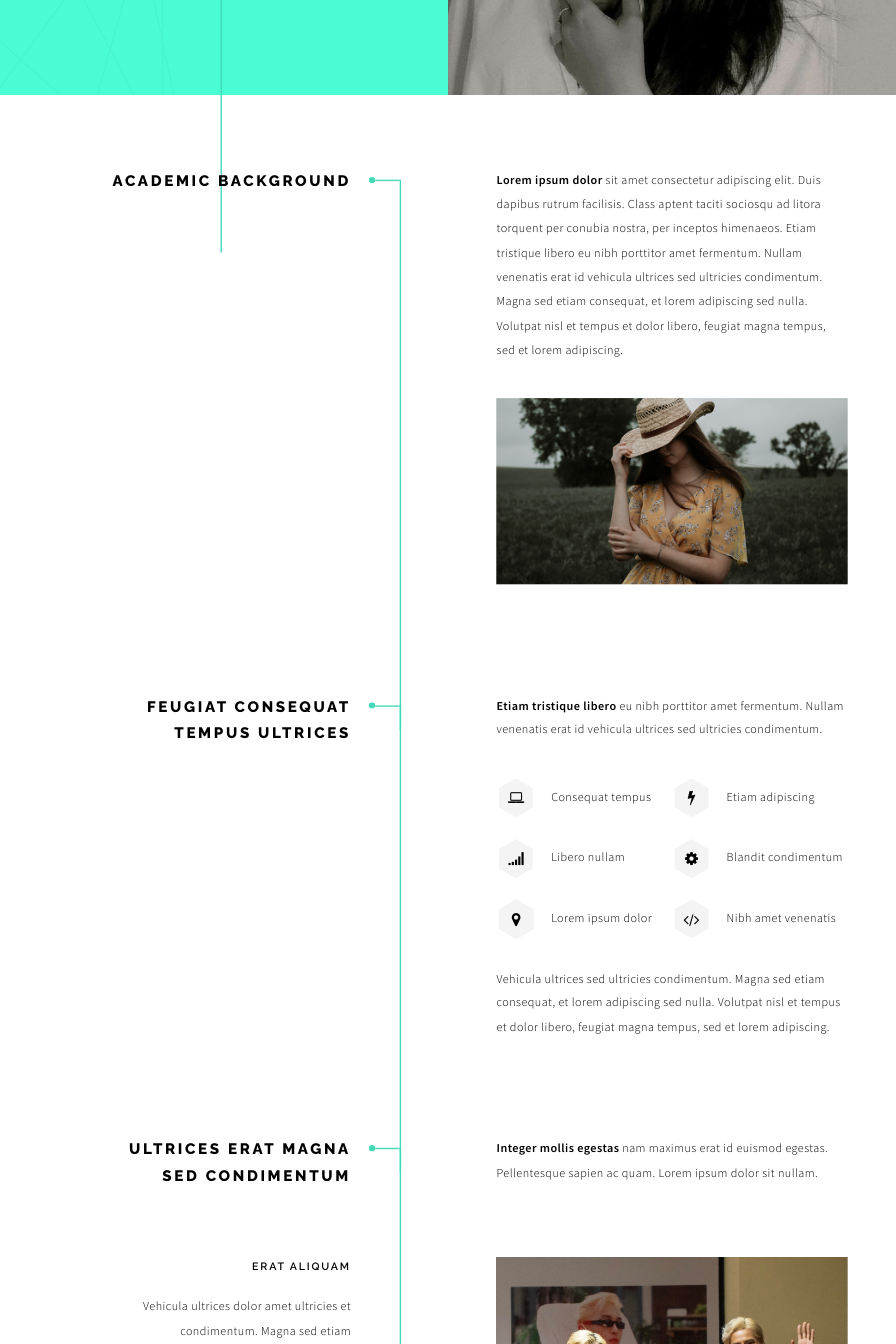
Repository: leonardin999/linh-porfolios
Page: index.html
An editor plug-in stored every save of this project. The page is shown before and after the next save, followed by the edit.
The browser window is 1280 px wide. The pictures show the part of the page from y = 584 to 2504 px (the page is 6515 px tall before and 6341 px after), at 70% of full size.

Above is the page before, as saved 2023-01-22 21:16:50.

### index.html
<!DOCTYPE html>
<!--
	Paradigm Shift by HTML5 UP
	html5up.net | @ajlkn
	Free for personal and commercial use under the CCA 3.0 license (html5up.net/license)
-->
<html>
  <head>
    <title>Linh's Porfolio</title>
    <meta charset="utf-8" />
    <meta
      name="viewport"
      content="width=device-width, initial-scale=1, user-scalable=no"
    />
    <meta name="description" content="" />
    <meta name="keywords" content="" />
    <link rel="stylesheet" href="assets/css/main.css" />
  </head>
  <body class="is-preload">
    <!-- Wrapper -->
    <div id="wrapper">
      <!-- Intro -->
      <section class="intro">
        <header>
          <h1>PARTNERSHIP MARKETING EXECUTIVE</h1>
          <p>
            I believe in "edutainment" which can help everyone absorb knowledge
            easily. I am interested in both education and entertainment and
            combine them in my projects.
          </p>
          <ul class="actions">
            <li>
              <a href="#first" class="arrow scrolly"
                ><span class="label">Next</span></a
              >
            </li>
          </ul>
        </header>
        <div class="content">
          <span class="image fill" data-position="center"
            ><img src="images/pic01.jpg" alt=""
          /></span>
        </div>
      </section>

      <!-- Section -->
      <section id="first">
        <header>
          <h2>Academic background</h2>
        </header>
        <div class="content">
          <p>
            <strong>Lorem ipsum dolor</strong> sit amet consectetur adipiscing
            elit. Duis dapibus rutrum facilisis. Class aptent taciti sociosqu ad
            litora torquent per conubia nostra, per inceptos himenaeos. Etiam
            tristique libero eu nibh porttitor amet fermentum. Nullam venenatis
            erat id vehicula ultrices sed ultricies condimentum. Magna sed etiam
            consequat, et lorem adipiscing sed nulla. Volutpat nisl et tempus et
            dolor libero, feugiat magna tempus, sed et lorem adipiscing.
          </p>
          <span class="image main"><img src="images/pic02.jpg" alt="" /></span>
        </div>
      </section>

      <!-- Section -->
      <section>
        <header>
          <h2>Feugiat consequat tempus ultrices</h2>
        </header>
        <div class="content">
          <p>
            <strong>Etiam tristique libero</strong> eu nibh porttitor amet
            fermentum. Nullam venenatis erat id vehicula ultrices sed ultricies
            condimentum.
          </p>
          <ul class="feature-icons">
            <li class="icon fa-laptop">Consequat tempus</li>
            <li class="icon fa-bolt">Etiam adipiscing</li>
            <li class="icon fa-signal">Libero nullam</li>
            <li class="icon fa-gear">Blandit condimentum</li>
            <li class="icon fa-map-marker">Lorem ipsum dolor</li>
            <li class="icon fa-code">Nibh amet venenatis</li>
          </ul>
          <p>
            Vehicula ultrices sed ultricies condimentum. Magna sed etiam
            consequat, et lorem adipiscing sed nulla. Volutpat nisl et tempus et
            dolor libero, feugiat magna tempus, sed et lorem adipiscing.
          </p>
        </div>
      </section>

      <!-- Section -->
      <section>
        <header>
          <h2>Ultrices erat magna sed condimentum</h2>
        </header>
        <div class="content">
          <p>
            <strong>Integer mollis egestas</strong> nam maximus erat id euismod
            egestas. Pellentesque sapien ac quam. Lorem ipsum dolor sit nullam.
          </p>

          <!-- Section -->
          <section>
            <header>
              <h3>Erat aliquam</h3>
              <p>
                Vehicula ultrices dolor amet ultricies et condimentum. Magna sed
                etiam consequat, et lorem adipiscing sed dolor sit amet,
                consectetur amet do eiusmod tempor incididunt ipsum suspendisse
                ultrices gravida.
              </p>
            </header>
            <div class="content">
              <div class="gallery">
                <a href="images/gallery/fulls/01.jpg" class="landscape"
                  ><img src="images/gallery/thumbs/01.jpg" alt=""
                /></a>
                <a href="images/gallery/fulls/02.jpg"
                  ><img src="images/gallery/thumbs/02.jpg" alt=""
                /></a>
                <a href="images/gallery/fulls/03.jpg"
                  ><img src="images/gallery/thumbs/03.jpg" alt=""
                /></a>
                <a href="images/gallery/fulls/04.jpg" class="landscape"
                  ><img src="images/gallery/thumbs/04.jpg" alt=""
                /></a>
              </div>
            </div>
          </section>

          <!-- Section -->
          <section>
            <header>
              <h3>Nisl consequat</h3>
              <p>
                Aenean ornare velit lacus, ac varius enim ullamcorper eu. Proin
                aliquam sed facilisis ante interdum congue. Integer mollis, nisl
                amet convallis, porttitor magna ullamcorper, amet mauris. Ut
                magna finibus nisi nec lacinia ipsum maximus.
              </p>
            </header>
            <div class="content">
              <div class="gallery">
                <a href="images/gallery/fulls/05.jpg" class="landscape"
                  ><img src="images/gallery/thumbs/05.jpg" alt=""
                /></a>
                <a href="images/gallery/fulls/06.jpg"
                  ><img src="images/gallery/thumbs/06.jpg" alt=""
                /></a>
                <a href="images/gallery/fulls/07.jpg"
                  ><img src="images/gallery/thumbs/07.jpg" alt=""
                /></a>
              </div>
            </div>
          </section>

          <!-- Section -->
          <section>
            <header>
              <h3>Lorem gravida</h3>
              <p>
                Proin aliquam facilisis ante interdum. Sed nulla amet lorem
                feugiat tempus aenean ornare velit lacus, ac varius sed enim
                lorem ullamcorper dolore. ac varius enim lorem ullamcorper
                dolore. Proin aliquam facilisis.
              </p>
            </header>
            <div class="content">
              <div class="gallery">
                <a href="images/gallery/fulls/08.jpg" class="portrait"
                  ><img src="images/gallery/thumbs/08.jpg" alt=""
                /></a>
                <a href="images/gallery/fulls/09.jpg" class="portrait"
                  ><img src="images/gallery/thumbs/09.jpg" alt=""
                /></a>
                <a href="images/gallery/fulls/10.jpg" class="landscape"
                  ><img src="images/gallery/thumbs/10.jpg" alt=""
                /></a>
              </div>
            </div>
          </section>
        </div>
      </section>

      <!-- Section -->
      <section>
        <header>
          <h2>Duis sed adpiscing veroeros amet</h2>
        </header>
        <div class="content">
          <p>
            <strong>Proin tempus feugiat</strong> sed varius enim lorem
            ullamcorper dolore aliquam aenean ornare velit lacus, ac varius enim
            lorem ullamcorper dolore.
          </p>
          <ul class="actions">
            <li><a href="#" class="button primary large">Get Started</a></li>
            <li><a href="#" class="button large">Learn More</a></li>
          </ul>
        </div>
      </section>

      <!-- Elements -->
      <!--
					<section>
						<header>
							<h2>Elements</h2>
						</header>
						<div class="content">

							<section>
								<header>
									<h3>Text</h3>
								</header>
								<div class="content">
									<p>This is <b>bold</b> and this is <strong>strong</strong>. This is <i>italic</i> and this is <em>emphasized</em>.
									This is <sup>superscript</sup> text and this is <sub>subscript</sub> text.
									This is <u>underlined</u> and this is code: <code>for (;;) { ... }</code>. Finally, <a href="#">this is a link</a>.</p>
									<hr />
									<h2>Heading Level 2</h2>
									<h3>Heading Level 3</h3>
									<h4>Heading Level 4</h4>
									<h5>Heading Level 5</h5>
									<hr />
									<h5>Blockquote</h5>
									<blockquote>Fringilla nisl. Donec accumsan interdum nisi, quis tincidunt felis sagittis eget tempus euismod. Vestibulum ante ipsum primis in faucibus vestibulum. Blandit adipiscing eu felis iaculis volutpat ac adipiscing accumsan faucibus. Vestibulum ante ipsum primis in faucibus lorem ipsum dolor sit amet nullam adipiscing eu felis.</blockquote>
									<h5>Preformatted</h5>
									<pre><code>i = 0;

while (!deck.isInOrder()) {
  print 'Iteration ' + i;
  deck.shuffle();
  i++;
}

print 'Sorted in ' + i + ' iterations.';</code></pre>
								</div>
							</section>

							<section>
								<header>
									<h3>Lists</h3>
								</header>
								<div class="content">

									<h4>Unordered</h4>
									<ul>
										<li>Dolor pulvinar etiam.</li>
										<li>Sagittis adipiscing.</li>
										<li>Felis enim feugiat.</li>
									</ul>

									<h4>Alternate</h4>
									<ul class="alt">
										<li>Dolor pulvinar etiam.</li>
										<li>Sagittis adipiscing.</li>
										<li>Felis enim feugiat.</li>
									</ul>

									<h4>Ordered</h4>
									<ol>
										<li>Dolor pulvinar etiam.</li>
										<li>Etiam vel felis viverra.</li>
										<li>Felis enim feugiat.</li>
										<li>Dolor pulvinar etiam.</li>
										<li>Etiam vel felis lorem.</li>
										<li>Felis enim et feugiat.</li>
									</ol>
									<h4>Icons</h4>
									<ul class="icons">
										<li><a href="#" class="icon fa-twitter"><span class="label">Twitter</span></a></li>
										<li><a href="#" class="icon fa-facebook"><span class="label">Facebook</span></a></li>
										<li><a href="#" class="icon fa-instagram"><span class="label">Instagram</span></a></li>
										<li><a href="#" class="icon fa-github"><span class="label">Github</span></a></li>
									</ul>

									<h4>Actions</h4>
									<ul class="actions">
										<li><a href="#" class="button primary">Default</a></li>
										<li><a href="#" class="button">Default</a></li>
									</ul>
									<ul class="actions stacked">
										<li><a href="#" class="button primary">Default</a></li>
										<li><a href="#" class="button">Default</a></li>
									</ul>
								</div>
							</section>

							<section>
								<header>
									<h3>Table</h3>
								</header>
								<div class="content">
									<h4>Default</h4>
									<div class="table-wrapper">
										<table>
											<thead>
												<tr>
													<th>Name</th>
													<th>Description</th>
													<th>Price</th>
												</tr>
											</thead>
											<tbody>
												<tr>
													<td>Item One</td>
													<td>Ante turpis integer aliquet porttitor.</td>
													<td>29.99</td>
												</tr>
												<tr>
													<td>Item Two</td>
													<td>Vis ac commodo adipiscing arcu aliquet.</td>
													<td>19.99</td>
												</tr>
												<tr>
													<td>Item Three</td>
													<td> Morbi faucibus arcu accumsan lorem.</td>
													<td>29.99</td>
												</tr>
												<tr>
													<td>Item Four</td>
													<td>Vitae integer tempus condimentum.</td>
													<td>19.99</td>
												</tr>
												<tr>
													<td>Item Five</td>
													<td>Ante turpis integer aliquet porttitor.</td>
													<td>29.99</td>
												</tr>
											</tbody>
											<tfoot>
												<tr>
													<td colspan="2"></td>
													<td>100.00</td>
												</tr>
											</tfoot>
										</table>
									</div>

									<h4>Alternate</h4>
									<div class="table-wrapper">
										<table class="alt">
											<thead>
												<tr>
													<th>Name</th>
													<th>Description</th>
													<th>Price</th>
												</tr>
											</thead>
											<tbody>
												<tr>
													<td>Item One</td>
													<td>Ante turpis integer aliquet porttitor.</td>
													<td>29.99</td>
												</tr>
												<tr>
													<td>Item Two</td>
													<td>Vis ac commodo adipiscing arcu aliquet.</td>
													<td>19.99</td>
												</tr>
												<tr>
													<td>Item Three</td>
													<td> Morbi faucibus arcu accumsan lorem.</td>
													<td>29.99</td>
												</tr>
												<tr>
													<td>Item Four</td>
													<td>Vitae integer tempus condimentum.</td>
													<td>19.99</td>
												</tr>
												<tr>
													<td>Item Five</td>
													<td>Ante turpis integer aliquet porttitor.</td>
													<td>29.99</td>
												</tr>
											</tbody>
											<tfoot>
												<tr>
													<td colspan="2"></td>
													<td>100.00</td>
												</tr>
											</tfoot>
										</table>
									</div>
								</div>
							</section>

							<section>
								<header>
									<h3>Buttons</h3>
								</header>
								<div class="content">
									<ul class="actions">
										<li><a href="#" class="button primary">Primary</a></li>
										<li><a href="#" class="button">Default</a></li>
									</ul>
									<ul class="actions">
										<li><a href="#" class="button large">Large</a></li>
										<li><a href="#" class="button">Default</a></li>
										<li><a href="#" class="button small">Small</a></li>
									</ul>
									<ul class="actions">
										<li><a href="#" class="button primary icon fa-download">Icon</a></li>
										<li><a href="#" class="button icon fa-download">Icon</a></li>
									</ul>
									<ul class="actions">
										<li><span class="button primary disabled">Disabled</span></li>
										<li><span class="button disabled">Disabled</span></li>
									</ul>
								</div>
							</section>

							<section>
								<header>
									<h3>Form</h3>
								</header>
								<div class="content">
									<form method="post" action="#">
										<div class="fields">
											<div class="field half">
												<label for="demo-name">Name</label>
												<input type="text" name="demo-name" id="demo-name" value="" placeholder="Jane Doe" />
											</div>
											<div class="field half">
												<label for="demo-email">Email</label>
												<input type="email" name="demo-email" id="demo-email" value="" placeholder="jane@untitled.tld" />
											</div>
											<div class="field">
												<label for="demo-category">Category</label>
												<select name="demo-category" id="demo-category">
													<option value="">-</option>
													<option value="1">Manufacturing</option>
													<option value="1">Shipping</option>
													<option value="1">Administration</option>
													<option value="1">Human Resources</option>
												</select>
											</div>
											<div class="field half">
												<input type="radio" id="demo-priority-low" name="demo-priority" checked>
												<label for="demo-priority-low">Low</label>
											</div>
											<div class="field half">
												<input type="radio" id="demo-priority-high" name="demo-priority">
												<label for="demo-priority-high">High</label>
											</div>
											<div class="field half">
												<input type="checkbox" id="demo-copy" name="demo-copy">
												<label for="demo-copy">Email me a copy</label>
											</div>
											<div class="field half">
												<input type="checkbox" id="demo-human" name="demo-human" checked>
												<label for="demo-human">Not a robot</label>
											</div>
											<div class="field">
												<label for="demo-message">Message</label>
												<textarea name="demo-message" id="demo-message" placeholder="Enter your message" rows="6"></textarea>
											</div>
										</div>
										<ul class="actions">
											<li><input type="submit" value="Send Message" class="primary" /></li>
											<li><input type="reset" value="Reset" /></li>
										</ul>
									</form>
								</div>
							</section>

						</div>
					</section>
				-->

      <!-- Section -->
      <section>
        <header>
          <h2>Get in touch</h2>
        </header>
        <div class="content">
          <p>
            <strong>Auctor commodo</strong> interdum et malesuada fames ac ante
            ipsum primis in faucibus. Pellentesque venenatis dolor imperdiet
            dolor mattis sagittis.
          </p>
          <form>
            <div class="fields">
              <div class="field half">
                <input type="text" name="name" id="name" placeholder="Name" />
              </div>
              <div class="field half">
                <input
                  type="email"
                  name="email"
                  id="email"
                  placeholder="Email"
                />
              </div>
              <div class="field">
                <textarea
                  name="message"
                  id="message"
                  placeholder="Message"
                  rows="7"
                ></textarea>
              </div>
            </div>
            <ul class="actions">
              <li>
                <input
                  type="submit"
                  value="Send Message"
                  class="button primary"
                />
              </li>
            </ul>
          </form>
        </div>
        <footer>
          <ul class="items">
            <li>
              <h3>Email</h3>
              <a href="#">information@untitled.ext</a>
            </li>
            <li>
              <h3>Phone</h3>
              <a href="#">(000) 000-0000</a>
            </li>
            <li>
              <h3>Address</h3>
              <span>1234 Somewhere Road, Nashville, TN 00000</span>
            </li>
            <li>
              <h3>Elsewhere</h3>
              <ul class="icons">
                <li>
                  <a href="#" class="icon fa-twitter"
                    ><span class="label">Twitter</span></a
                  >
                </li>
                <li>
                  <a href="#" class="icon fa-facebook"
                    ><span class="label">Facebook</span></a
                  >
                </li>
                <li>
                  <a href="#" class="icon fa-instagram"
                    ><span class="label">Instagram</span></a
                  >
                </li>
                <li>
                  <a href="#" class="icon fa-linkedin"
                    ><span class="label">LinkedIn</span></a
                  >
                </li>
                <li>
                  <a href="#" class="icon fa-github"
                    ><span class="label">GitHub</span></a
                  >
                </li>
                <li>
                  <a href="#" class="icon fa-codepen"
                    ><span class="label">Codepen</span></a
                  >
                </li>
              </ul>
            </li>
          </ul>
        </footer>
      </section>

      <!-- Copyright -->
      <div class="copyright">
        &copy; Untitled. All rights reserved. Design:
        <a href="https://html5up.net">HTML5 UP</a>. Distributed by
        <a href="https://themewagon.com/">ThemeWagon</a>
      </div>
    </div>

    <!-- Scripts -->
    <script src="assets/js/jquery.min.js"></script>
    <script src="assets/js/jquery.scrolly.min.js"></script>
    <script src="assets/js/browser.min.js"></script>
    <script src="assets/js/breakpoints.min.js"></script>
    <script src="assets/js/util.js"></script>
    <script src="assets/js/main.js"></script>
  </body>
</html>

Loaded but not shown: assets/js/jquery.min.js (library); assets/js/jquery.scrolly.min.js (common file); assets/js/browser.min.js (common file); assets/js/breakpoints.min.js (common file); assets/css/font-awesome.min.css (library); assets/js/util.js (587 lines, source omitted); assets/js/main.js (208 lines, source omitted); assets/css/main.css (3922 lines, source omitted)

After the next save:
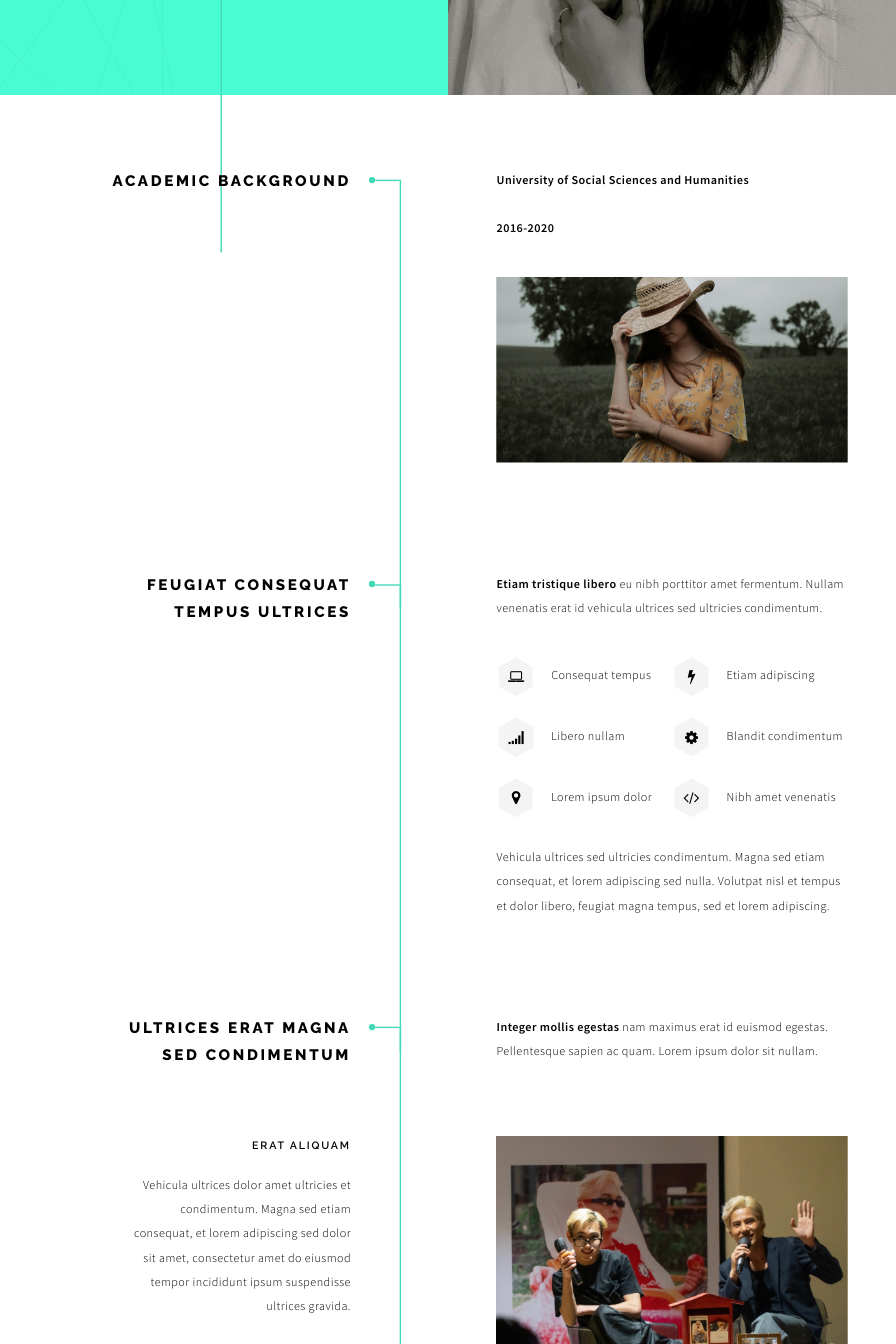
Saved 4 min 52 s later.
--- a/index.html
+++ b/index.html
@@ -50,13 +50,10 @@
         </header>
         <div class="content">
           <p>
-            <strong>Lorem ipsum dolor</strong> sit amet consectetur adipiscing
-            elit. Duis dapibus rutrum facilisis. Class aptent taciti sociosqu ad
-            litora torquent per conubia nostra, per inceptos himenaeos. Etiam
-            tristique libero eu nibh porttitor amet fermentum. Nullam venenatis
-            erat id vehicula ultrices sed ultricies condimentum. Magna sed etiam
-            consequat, et lorem adipiscing sed nulla. Volutpat nisl et tempus et
-            dolor libero, feugiat magna tempus, sed et lorem adipiscing.
+            <strong>University of Social Sciences and Humanities</strong>
+          </p>
+          <p>
+            <strong>2016-2020</strong>
           </p>
           <span class="image main"><img src="images/pic02.jpg" alt="" /></span>
         </div>
